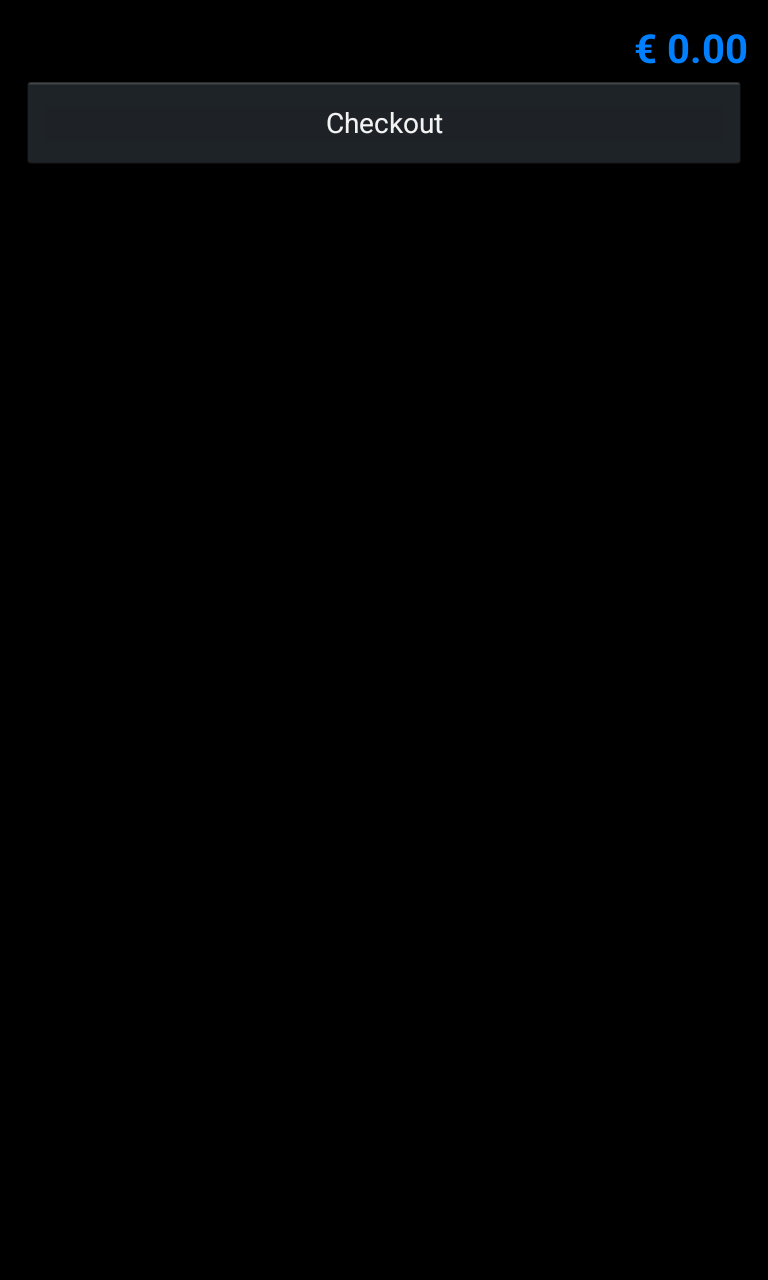
Repository: Adammdit/DT2283GUI
Layout: GunSmoke/res/layout/activity_main.xml
The author's editor kept a copy of each file at every save. The layout is drawn from the files as they stood at one save, then again after the next save.
It is drawn on a 768 x 1280 px phone screen (xhdpi) without system bars, with theme android:Theme.Holo; the app's code is not run. Lists and similar views that code fills are empty.

Above is the layout before, as saved 2014-11-08 10:54:15.

After the next save:
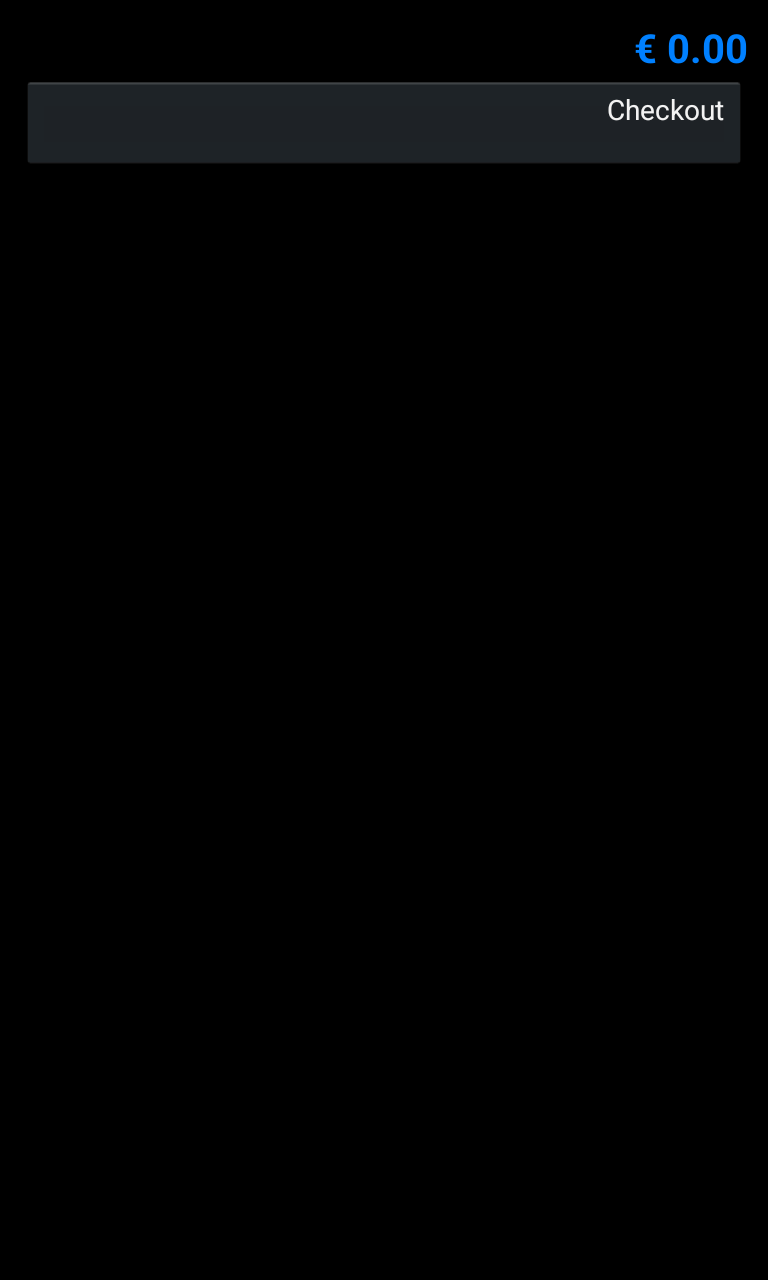
Saved 2 min 14 s later.
--- a/GunSmoke/res/layout/activity_main.xml
+++ b/GunSmoke/res/layout/activity_main.xml
@@ -31,6 +31,7 @@
         style="?android:attr/buttonStyleSmall"
         android:layout_width="fill_parent"
         android:layout_height="wrap_content"
+        android:gravity="right"
         android:text="Checkout" />
 
 </LinearLayout>
